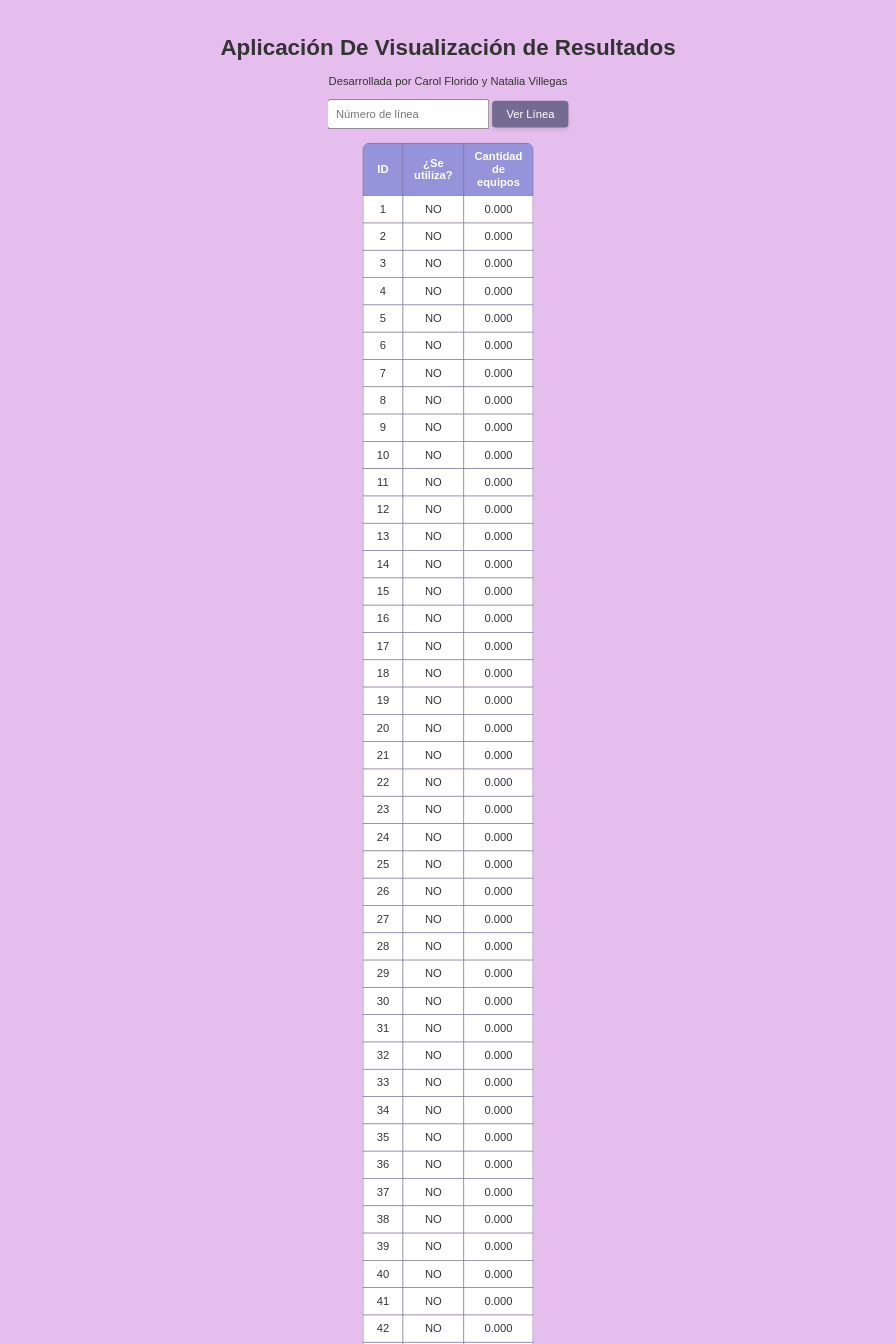
Repository: cflorido/Front_T3
Page: index.html
An editor plug-in stored every save of this project. The page is shown before and after the next save, followed by the edit.
The browser window is 1280 px wide. The pictures show the part of the page from y = 0 to 1920 px (the page is 6969 px tall before and 720 px after), at 70% of full size.

Above is the page before, as saved 2024-10-22 22:55:57.

After the next save:
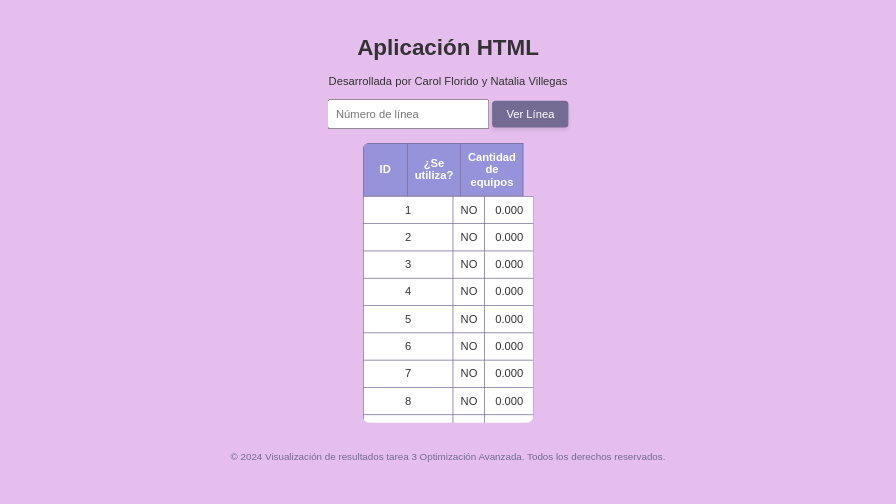
Saved 71 s later.
--- a/index.html
+++ b/index.html
@@ -34,10 +34,23 @@
             width: 20%; /* 20% del ancho de la pantalla */
             border-collapse: collapse;
             text-align: left;
+            max-height: 400px; /* Ajusta la altura máxima según tus necesidades */
+            overflow-y: auto; /* Habilitar scroll vertical */
+            display: block; /* Necesario para que el overflow funcione */
+        }
+        #tablaEquipos thead {
+            display: table; /* Asegura que el encabezado se mantenga visible */
+            width: calc(100% - 1em); /* Ajusta el ancho del encabezado */
+        }
+        #tablaEquipos tbody {
+            display: block; /* Para el scroll en el cuerpo de la tabla */
+            max-height: 400px; /* Debe ser la misma altura que el contenedor */
+            overflow-y: auto; /* Habilitar scroll vertical */
         }
         #tablaEquipos th, #tablaEquipos td {
             border: 1px solid #736B92;
             padding: 10px;
+            width: 100%; /* Hacer que las celdas llenen el ancho del contenedor */
         }
         #tablaEquipos th {
             background-color: #9593D9;
@@ -91,7 +104,7 @@
     </style>
 </head>
 <body>
-    <h1>Aplicación De Visualización de Resultados</h1>
+    <h1>Aplicación HTML</h1>
     <p>Desarrollada por Carol Florido y Natalia Villegas</p>
 
     <input type="number" id="numeroLinea" placeholder="Número de línea" min="1" style="padding: 10px; font-size: 16px;">
@@ -224,21 +237,16 @@
             tabla.appendChild(thead);
 
             // Crear filas de horarios
-            for (let i = 0; i < 12; i++) {
+            for (let i = 0; i < horario.length; i++) {
                 const fila = document.createElement('tr');
-
-                const horaInicio = (i * 2) % 24;
-                const horaFin = (horaInicio + 2) % 24;
-                const franjaHoraria = `${horaInicio < 10 ? '0' : ''}${horaInicio}:00 - ${horaFin < 10 ? '0' : ''}${horaFin}:00`;
-
-                const celdaFranja = document.createElement('td');
-                celdaFranja.textContent = franjaHoraria;
-                fila.appendChild(celdaFranja);
-
-                for (let j = 0; j < 7; j++) {
+                const franjaHoraria = document.createElement('td');
+                franjaHoraria.textContent = horario[i][0]; // Suponiendo que la primera columna es la franja horaria
+                fila.appendChild(franjaHoraria);
+
+                for (let j = 1; j <= 7; j++) {
                     const celda = document.createElement('td');
-                    celda.textContent = horario[i * 7 + j];
-                    if (horario[i * 7 + j] === 1) {
+                    celda.textContent = horario[i][j] ? 'Sí' : 'No'; // Suponiendo que los valores son booleanos
+                    if (horario[i][j]) {
                         celda.classList.add('utilizado'); // Agregar clase si se usa
                     }
                     fila.appendChild(celda);

After the save that followed:
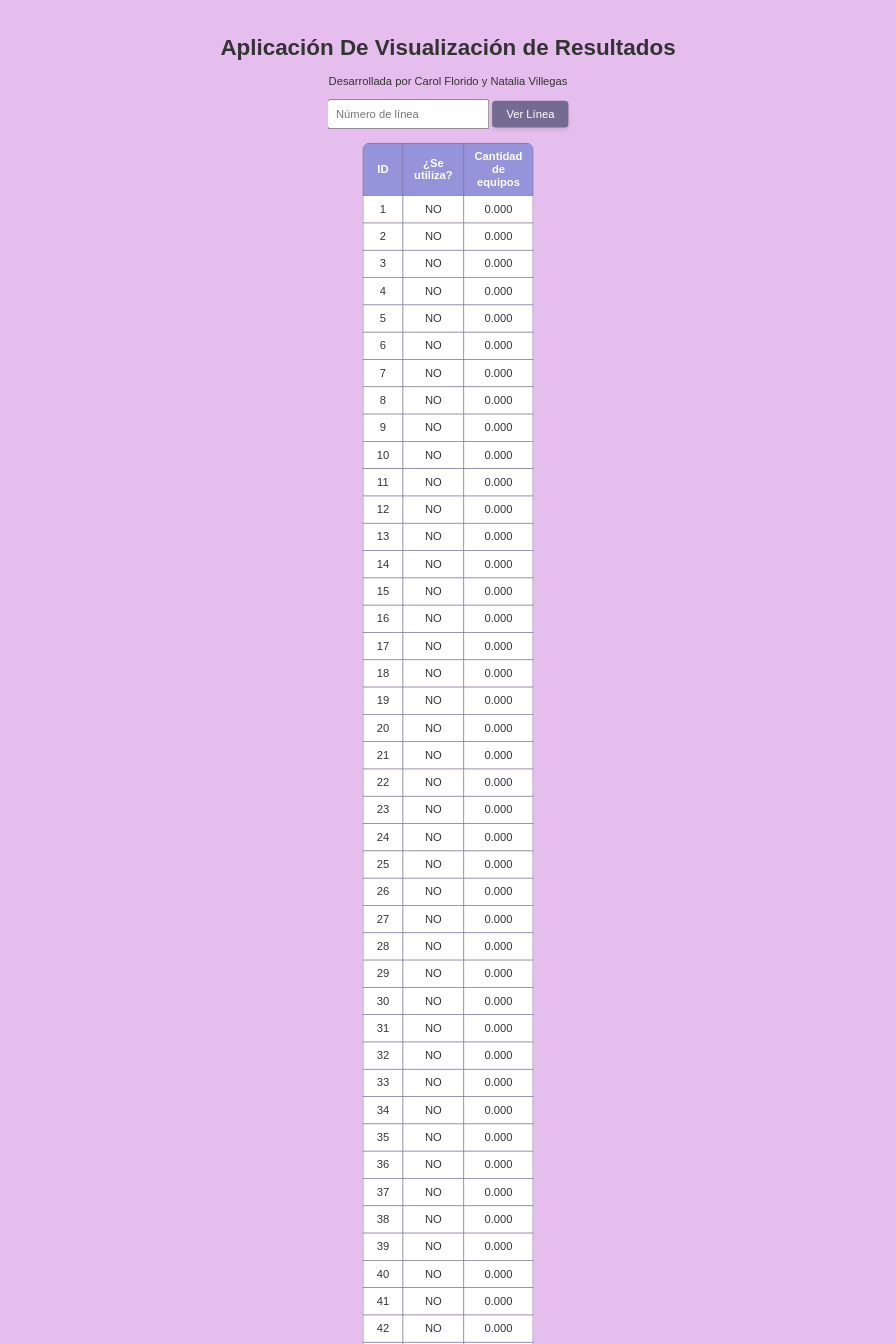
Saved 59 s later.
--- a/index.html
+++ b/index.html
@@ -34,23 +34,10 @@
             width: 20%; /* 20% del ancho de la pantalla */
             border-collapse: collapse;
             text-align: left;
-            max-height: 400px; /* Ajusta la altura máxima según tus necesidades */
-            overflow-y: auto; /* Habilitar scroll vertical */
-            display: block; /* Necesario para que el overflow funcione */
-        }
-        #tablaEquipos thead {
-            display: table; /* Asegura que el encabezado se mantenga visible */
-            width: calc(100% - 1em); /* Ajusta el ancho del encabezado */
-        }
-        #tablaEquipos tbody {
-            display: block; /* Para el scroll en el cuerpo de la tabla */
-            max-height: 400px; /* Debe ser la misma altura que el contenedor */
-            overflow-y: auto; /* Habilitar scroll vertical */
         }
         #tablaEquipos th, #tablaEquipos td {
             border: 1px solid #736B92;
             padding: 10px;
-            width: 100%; /* Hacer que las celdas llenen el ancho del contenedor */
         }
         #tablaEquipos th {
             background-color: #9593D9;
@@ -104,7 +91,7 @@
     </style>
 </head>
 <body>
-    <h1>Aplicación HTML</h1>
+    <h1>Aplicación De Visualización de Resultados</h1>
     <p>Desarrollada por Carol Florido y Natalia Villegas</p>
 
     <input type="number" id="numeroLinea" placeholder="Número de línea" min="1" style="padding: 10px; font-size: 16px;">
@@ -237,16 +224,21 @@
             tabla.appendChild(thead);
 
             // Crear filas de horarios
-            for (let i = 0; i < horario.length; i++) {
+            for (let i = 0; i < 12; i++) {
                 const fila = document.createElement('tr');
-                const franjaHoraria = document.createElement('td');
-                franjaHoraria.textContent = horario[i][0]; // Suponiendo que la primera columna es la franja horaria
-                fila.appendChild(franjaHoraria);
-
-                for (let j = 1; j <= 7; j++) {
+
+                const horaInicio = (i * 2) % 24;
+                const horaFin = (horaInicio + 2) % 24;
+                const franjaHoraria = `${horaInicio < 10 ? '0' : ''}${horaInicio}:00 - ${horaFin < 10 ? '0' : ''}${horaFin}:00`;
+
+                const celdaFranja = document.createElement('td');
+                celdaFranja.textContent = franjaHoraria;
+                fila.appendChild(celdaFranja);
+
+                for (let j = 0; j < 7; j++) {
                     const celda = document.createElement('td');
-                    celda.textContent = horario[i][j] ? 'Sí' : 'No'; // Suponiendo que los valores son booleanos
-                    if (horario[i][j]) {
+                    celda.textContent = horario[i * 7 + j];
+                    if (horario[i * 7 + j] === 1) {
                         celda.classList.add('utilizado'); // Agregar clase si se usa
                     }
                     fila.appendChild(celda);
